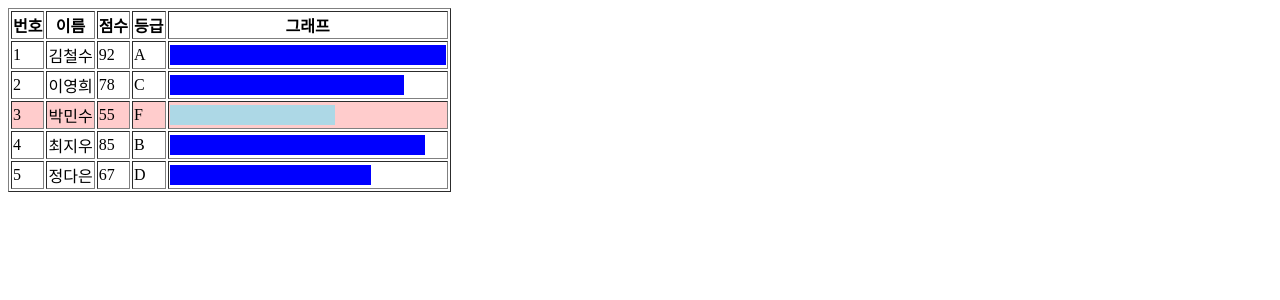
Repository: tldnwkd/jspclass2026
Page: http://localhost/chapter01/example_score.jsp
These files come from the project's save history. The page is drawn as it stood at one moment and after the next save; the edit follows.
The browser window is 1280 px wide. The pictures show the whole page.
The page is served by Tomcat 9.

Above is the page before, as saved 2026-10-16 05:36:15.

### chapter01/src/main/webapp/example_score.jsp
<%@ page language="java" contentType="text/html; charset=UTF-8"
    pageEncoding="UTF-8" import="java.util.*"%>
<!DOCTYPE html>
<html>
<head>
<meta charset="UTF-8">
<title>Insert title here</title>
</head>
<body>
	<%!
		String[] names = {"김철수", "이영희", "박민수", "최지우", "정다은"};
		int[] scores = {92, 78, 55, 85, 67};

		 public char getGrade(int score){
			 char result;
			 if(score>=90){
				 result = 'A';
			 }else if(score>=80){
				 result = 'B';
			 }else if(score>=70){
				 result = 'C';
			 }else if(score>=60){
				 result = 'D';
			 }else{
				 result = 'F';
			 }
			 return result;
		 };
	%>
	<table border="1">
	<tr>
	<th>번호</th><th>이름</th><th>점수</th><th>등급</th><th>그래프</th>
	</tr>
	<tr >
	<% for(int i=0; i<names.length; i++) {%>
		<%if(scores[i]<=60){%>
			<td style="background:#ffcccc"><%=i+1%></td>
			<td style="background:#ffcccc"><%= names[i] %></td>
			<td style="background:#ffcccc"><%=scores[i]%></td>
			<td style="background:#ffcccc"><%= getGrade(scores[i]) %></td>
			<td style="background:#ffcccc"><div style="width:<%=scores[i]*3%>px; background-color:lightblue; height:20px;"></div></td>
			</tr>
		<%}else{%>
		<td><%=i+1%></td>
		<td><%= names[i] %></td>
		<td><%=scores[i]%></td>
		<td><%= getGrade(scores[i]) %></td>
		<td><div style="width:<%=scores[i]*3%>px; background-color:blue; height:20px;"></div></td>
		</tr>
		<%}%>
	<%} %>
	</table>
</body>
</html>

After the next save:
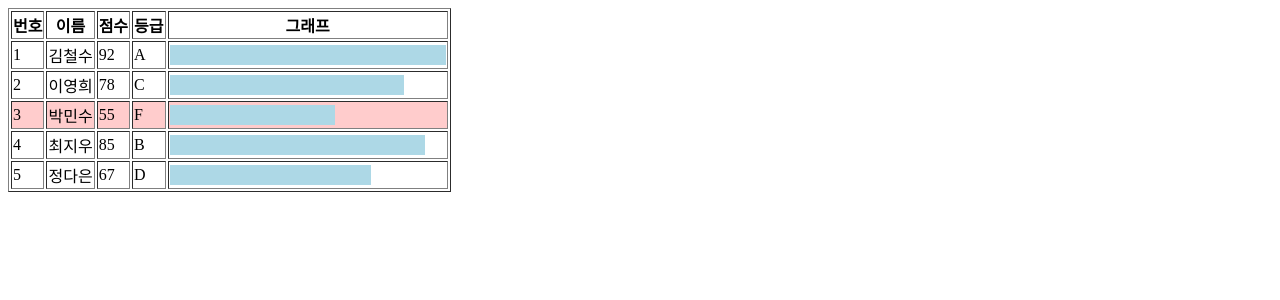
Saved 6 s later.
--- a/chapter01/src/main/webapp/example_score.jsp
+++ b/chapter01/src/main/webapp/example_score.jsp
@@ -45,7 +45,7 @@
 		<td><%= names[i] %></td>
 		<td><%=scores[i]%></td>
 		<td><%= getGrade(scores[i]) %></td>
-		<td><div style="width:<%=scores[i]*3%>px; background-color:blue; height:20px;"></div></td>
+		<td><div style="width:<%=scores[i]*3%>px; background-color:lightblue; height:20px;"></div></td>
 		</tr>
 		<%}%>
 	<%} %>
